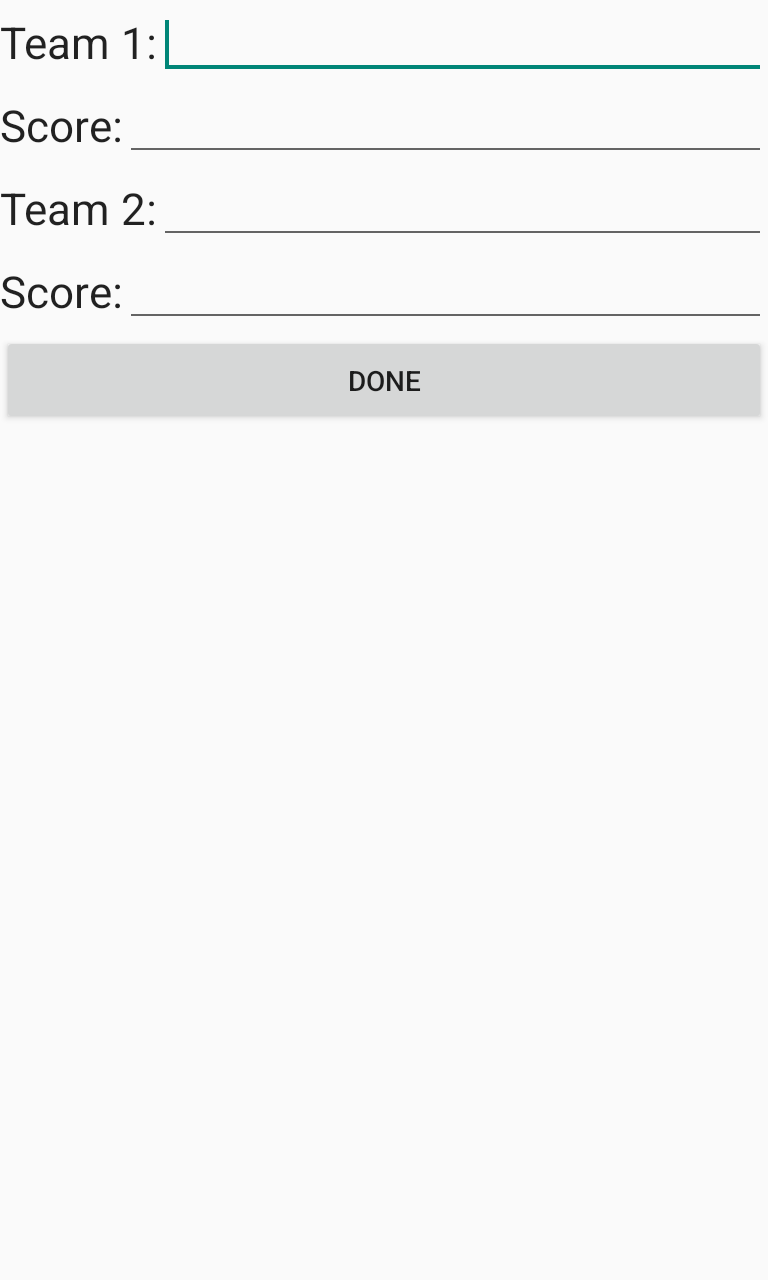
Repository: charlesweng/school
Layout: simpleandroidapps/GettingToKnowUIActivities/charleswengScoringProject/charleswengScoring/res/layout/fragment_teamdialog.xml
An editor plug-in stored every save of this project. The layout is shown before and after the next save, followed by the edit.
It is drawn on a 768 x 1280 px phone screen (xhdpi) without system bars, with theme AppTheme; the app's code is not run.

Above is the layout before, as saved 2014-04-26 15:54:59.

### simpleandroidapps/GettingToKnowUIActivities/charleswengScoringProject/charleswengScoring/res/layout/fragment_teamdialog.xml
<?xml version="1.0" encoding="utf-8"?>
<RelativeLayout xmlns:android="http://schemas.android.com/apk/res/android"
    android:layout_width="wrap_content"
    android:layout_height="wrap_content"
    android:orientation="vertical" >

    <TextView
        android:id="@+id/team1name"
        android:layout_width="wrap_content"
        android:layout_height="wrap_content"
        android:layout_alignParentTop="true"
        android:layout_alignParentLeft="true"
        android:layout_alignBaseline="@+id/editTeam1"
        android:text="@string/team_1_edit"
        android:textAppearance="?android:attr/textAppearanceLarge" />

    <TextView
        android:id="@+id/team2name"
        android:layout_width="wrap_content"
        android:layout_height="wrap_content"
        android:layout_below="@+id/team1score"
        android:layout_alignBaseline="@+id/editTeam2"
        android:layout_alignParentLeft="true"
        android:text="@string/team_2_edit"
        android:textAppearance="?android:attr/textAppearanceLarge" />

    <TextView
        android:id="@+id/team1score"
        android:layout_width="wrap_content"
        android:layout_height="wrap_content"
        android:layout_below="@+id/team1name"
        android:layout_alignBaseline="@+id/editScore1"
        android:layout_alignParentLeft="true"
        android:text="@string/score"
        android:textAppearance="?android:attr/textAppearanceLarge" />

    <TextView
        android:id="@+id/team2score"
        android:layout_width="wrap_content"
        android:layout_height="wrap_content"
        android:layout_below="@+id/team2name"
        android:layout_alignBaseline="@+id/editScore2"
        android:layout_alignParentLeft="true"
        android:text="@string/score"
        android:textAppearance="?android:attr/textAppearanceLarge" />

    <EditText
        android:id="@+id/editTeam1"
        android:layout_width="fill_parent"
        android:layout_height="wrap_content"
        android:layout_alignParentRight="true"
        android:layout_alignParentTop="true"
        android:layout_toRightOf="@+id/team1name"
        android:inputType="text"
        android:ems="10" >
        <requestFocus />
    </EditText>

    <EditText
        android:id="@+id/editTeam2"
        android:layout_width="fill_parent"
        android:layout_height="wrap_content"
        android:layout_alignParentRight="true"
        android:layout_below="@+id/editScore1"
        android:layout_toRightOf="@+id/team2name"
        android:inputType="text"
        android:ems="10" >
    </EditText>

    <EditText
        android:id="@+id/editScore1"
        android:layout_width="fill_parent"
        android:layout_height="wrap_content"
        android:layout_alignParentRight="true"
        android:layout_below="@+id/editTeam1"
        android:layout_toRightOf="@+id/team1score"
        android:inputType="number"
        android:ems="10" >
    </EditText>

    <EditText
        android:id="@+id/editScore2"
        android:layout_width="fill_parent"
        android:layout_height="wrap_content"
        android:layout_alignParentRight="true"
        android:layout_below="@+id/editTeam2"
        android:layout_toRightOf="@+id/team2score"
        android:inputType="number"
        android:ems="10" >
    </EditText>

    <Button
        android:id="@+id/button1"
        android:layout_width="fill_parent"
        android:layout_height="wrap_content"
        android:layout_below="@+id/editScore2"
        android:layout_centerHorizontal="true"
        android:text="@string/done" />

</RelativeLayout>

### simpleandroidapps/GettingToKnowUIActivities/charleswengScoringProject/charleswengScoring/res/values/strings.xml
<?xml version="1.0" encoding="utf-8"?>
<resources>

    <string name="app_name">charleswengScoring</string>
    <string name="hello_world">Hello world!</string>
    <string name="action_settings">Settings</string>
    <string name="enter_date">Enter Date</string>
    <string name="date">Date</string>
    <string name="enter_game">Enter Game</string>
    <string name="team_1">Team 1</string>
    <string name="team_2">Team 2</string>
    <string name="team_1_edit">Team 1:</string>
    <string name="team_2_edit">Team 2:</string>
    <string name="zero">0</string>
    <string name="next_game">Next Game</string>
    <string name="title_activity_date_picker">DatePicker</string>
	<string name="done">Done</string>
	<string name="score">Score:</string>
</resources>

Loaded but not shown: simpleandroidapps/GettingToKnowUIActivities/charleswengScoringProject/charleswengScoring/res/values/styles.xml (common file); simpleandroidapps/GettingToKnowUIActivities/charleswengScoringProject/charleswengScoring/res/values-v11/styles.xml (common file); simpleandroidapps/GettingToKnowUIActivities/charleswengScoringProject/charleswengScoring/res/values-v14/styles.xml (common file); simpleandroidapps/GettingToKnowUIActivities/charleswengScoringProject/charleswengScoring/res/values/dimens.xml (common file); simpleandroidapps/GettingToKnowUIActivities/charleswengScoringProject/charleswengScoring/res/values-w820dp/dimens.xml (common file)

After the next save:
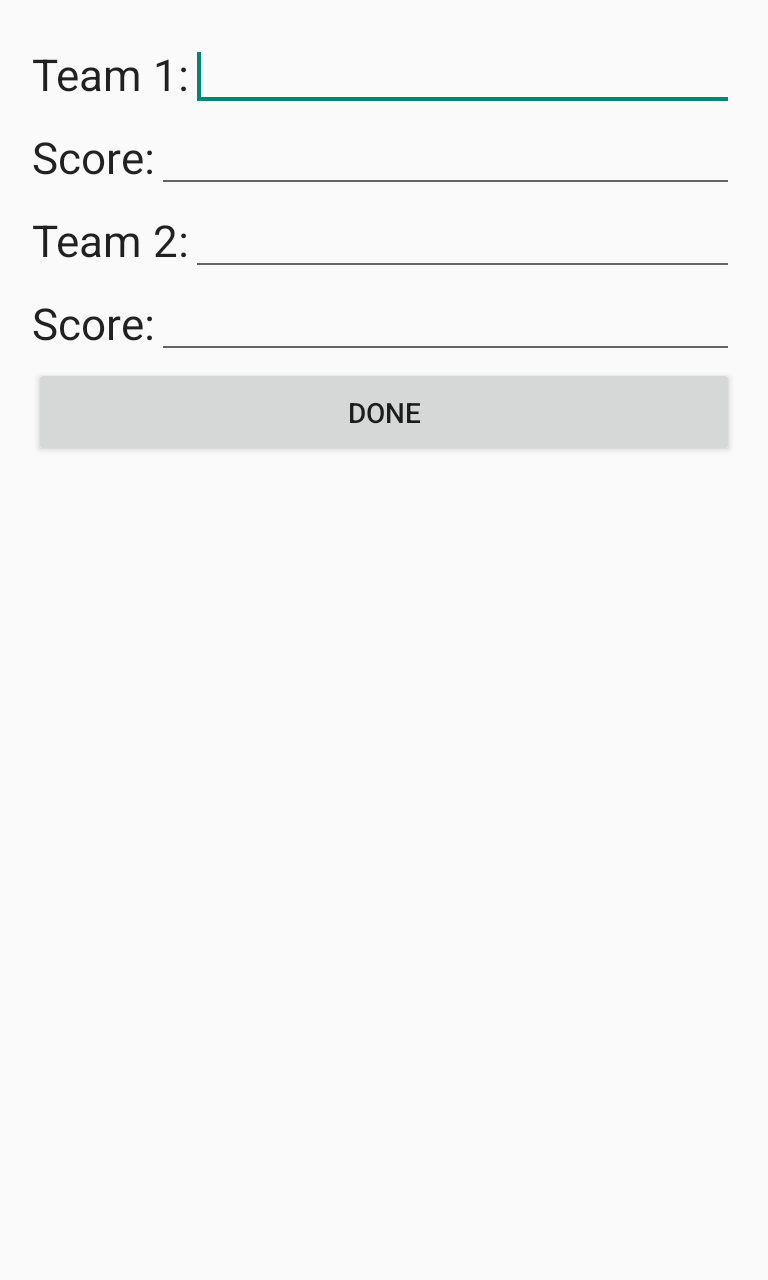
Saved 10 min 3 s later.
--- a/simpleandroidapps/GettingToKnowUIActivities/charleswengScoringProject/charleswengScoring/res/layout/fragment_teamdialog.xml
+++ b/simpleandroidapps/GettingToKnowUIActivities/charleswengScoringProject/charleswengScoring/res/layout/fragment_teamdialog.xml
@@ -2,6 +2,10 @@
 <RelativeLayout xmlns:android="http://schemas.android.com/apk/res/android"
     android:layout_width="wrap_content"
     android:layout_height="wrap_content"
+    android:paddingBottom="@dimen/activity_vertical_margin"
+    android:paddingLeft="@dimen/activity_horizontal_margin"
+    android:paddingRight="@dimen/activity_horizontal_margin"
+    android:paddingTop="@dimen/activity_vertical_margin"
     android:orientation="vertical" >
 
     <TextView
@@ -91,7 +95,7 @@
 
     <Button
         android:id="@+id/button1"
-        android:layout_width="fill_parent"
+        android:layout_width="match_parent"
         android:layout_height="wrap_content"
         android:layout_below="@+id/editScore2"
         android:layout_centerHorizontal="true"
